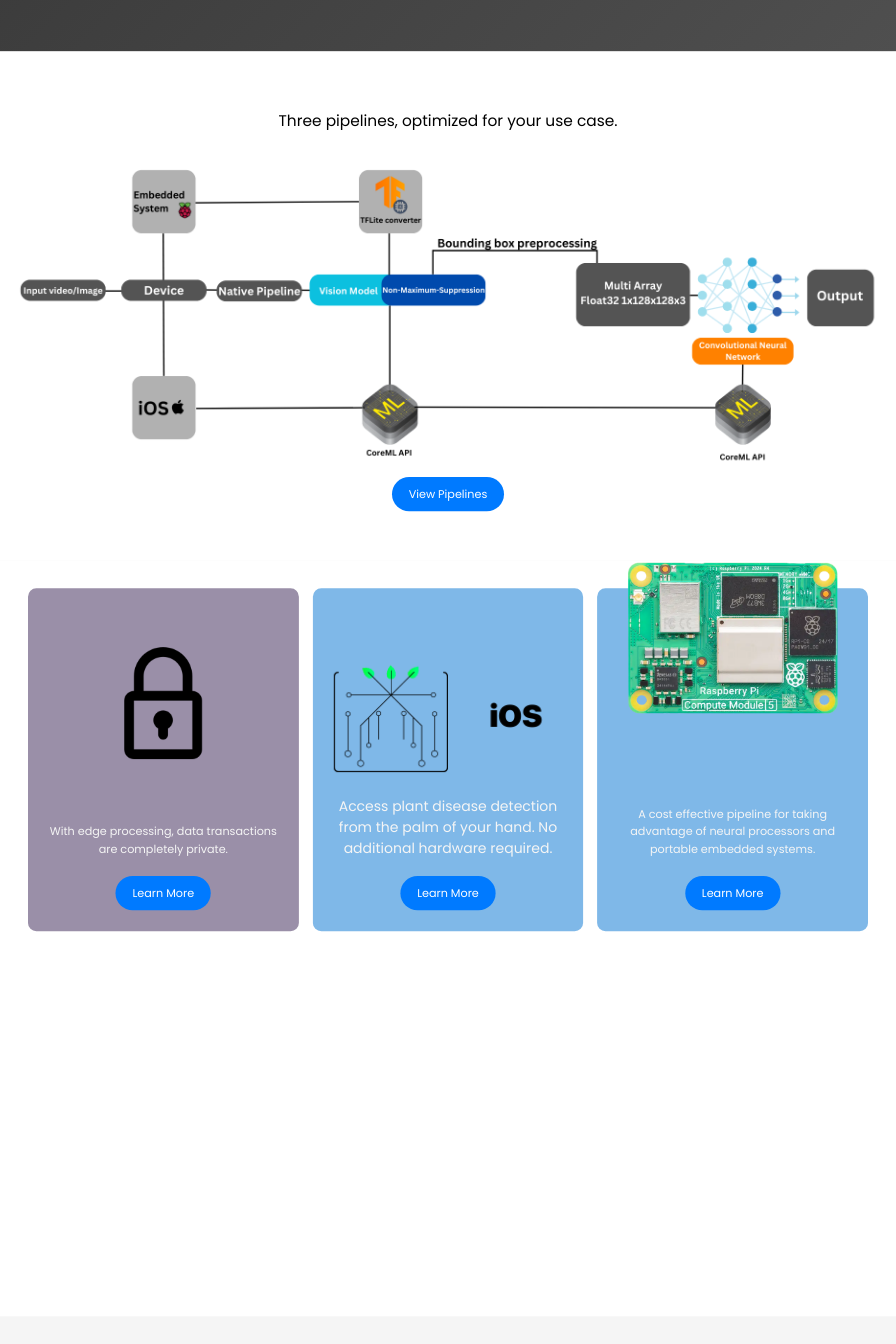
Repository: jss1118/The-Deeproot-Project
Page: Website/index.html
The author's editor kept a copy of each file at every save. The page is drawn from the files as they stood at one save, then again after the next save.
The browser window is 1280 px wide. The pictures show the part of the page from y = 1109 to 3029 px (the page is 3212 px tall), at 70% of full size.

Above is the page before, as saved 2025-03-21 19:54:31.

### Website/index.html
<!DOCTYPE html>
<html lang="en">

<head>
  <meta charset="UTF-8">
  <meta name="viewport" content="width=device-width, initial-scale=1.0">
  <title>Deeproot A.I</title>
  <link href="https://fonts.googleapis.com/css2?family=Poppins:wght@400;600&display=swap" rel="stylesheet">
  <style>
    body {
      margin: 0;
      font-family: 'Poppins', sans-serif;
      overflow-x: hidden;
      background-color: #f5f5f5;
    }

    nav {
      background: rgba(22, 22, 22, 0.9);
      position: sticky;
      top: 0;
      width: 100%;
      z-index: 1000;
      display: flex;
      justify-content: center;
    }

    .navlinks {
      list-style: none;
      display: flex;
      gap: 30px;
      padding: 15px;
      margin: 0;
    }

    .navlink, .navicon svg {
      color: #d3d3d3;
      text-decoration: none;
      transition: color 0.3s;
    }

    .navlink:hover, .mainpagelink a:hover {
      color: white;
    }

    .mainpage2, .mainpage3, .mainpage4 {
      padding: 60px 20px;
      text-align: center;
    }

    .mainpage2 {
      background: linear-gradient(135deg, #2e2e2e, #4f4f4f);
      color: white;
    }

    .mainpage2 img, .mainpage3 img, .promo1 img {
      max-width: 100%;
      height: auto;

    }

    .mp2-title1 {
      font-size: 56px;
      font-weight: 600;
      margin-bottom: 15px;
    }

    .mp2-desc, .mp3desc {
      font-size: 22px;
      margin-bottom: 25px;
    }

    .mainpagelink a {
      display: inline-block;
      margin: 10px;
      padding: 12px 24px;
      background: #007aff;
      color: white;
      border-radius: 25px;
      text-decoration: none;
      transition: background 0.3s;
    }

    .mainpage3 {
      background: white;
    }

    .mainpage3 img {
      margin-top: 20px;
      border-radius: 12px;
    }

    .mainpage4 {
      display: grid;
      grid-template-columns: repeat(auto-fit, minmax(300px, 1fr));
      gap: 20px;
      background-color: white;
      padding: 40px;
    }

    .promo1, .promo2, .promo3, .promo4, .promo5, .promo6 {
      background-size: cover;
      background-position: center;
      height: 450px;
      display: flex;
      flex-direction: column;
      justify-content: flex-end;
      padding: 20px;
      color: white;
      border-radius: 12px;
      position: relative;
    }

    .promo1 img, .promo2 img, .promo3 img, .promo4 img, .promo5 img, .promo6 img {
      margin-bottom: 10px;
    }

    .promo1 {
      background-color: #9a8fa8;
      color: #f5f5f5;
    }
    .promo2 {
      background-color: #7fb8e8;
      color: #f5f5f5;
      background-size: cover;
      background-position: center;
      height: 450px;
      display: flex;
      flex-direction: column;
      justify-content: flex-end;
      padding: 20px;
      border-radius: 12px;
      position: relative;
    }
    .promo2 p {
      font-size: 20px;
      margin-bottom: 15px;
    }

    .promo3 {
      background-color: #7fb8e8;
      color: #f5f5f5;
      background-size: cover;
      background-position: center;
      height: 450px;
      display: flex;
      flex-direction: column;
      justify-content: flex-end;
      padding: 20px;
      border-radius: 12px;
      position: relative;
    }
    .promo1 img {
      width: 160px;
      height: auto;
      margin: 0 auto 15px auto;
      display: block;
      background: none;
      position: relative;
      bottom: 60px;
    }

    .promo2 img {
      width: 360px;
      height: 400px;
      margin: 0 auto 15px auto;
      display: block;
      border-radius: 10px;

      position: relative;
      top: 100px;
    }
    .promo3 img {
      width: 300px;
      height: 300px;
      margin: 0 auto 15px auto;
      display: block;
      border-radius: 10px;

      position: relative;
      bottom: 100px;
    }

    footer {
      background-color: #2e2e2e;
      color: #ccc;
      text-align: center;
      padding: 30px 20px;
      margin-top: 40px;
    }

    footer a {
      color: #007aff;
      text-decoration: underline;
    }

    @media (max-width: 768px) {
      .mp2-title1 { font-size: 40px; }
      .mp2-desc, .mp3desc { font-size: 18px; }
      .mainpagelink a { padding: 10px 20px; }
    }
  </style>
</head>

<body>
  <nav>
    <ul class="navlinks">
      <li><a class="navlink" href="/">iOS</a></li>
      <li><a class="navlink" href="/applestore">Raspberry Pi 5</a></li>
      <li><a class="navlink" href="/">Native</a></li>
      <li><a class="navlink" href="/">State-of-the-art Models</a></li>
      <li><a class="navlink" href="/">Developers</a></li>
    </ul>
  </nav>

  <section class="mainpage2">
    <h1 class="mp2-title1">Deeproot</h1>
    <p class="mp2-desc">Portable. Fast. Secure.</p>
    <p class="mp2-desc">The all-in-one automated solution for early plant disease detection.</p>
    <div class="mainpagelink"><a href="#">Learn More</a></div>
    <img src="wide logo.png" alt="Deeproot Logo">
  </section>

  <section class="mainpage3">
    <p class="mp3desc">Three pipelines, optimized for your use case.</p>
    <img src="newgraph.png" alt="Machine Learning Pipelines">
    <div class="mainpagelink"><a href="#">View Pipelines</a></div>
  </section>

  <section class="mainpage4">
    <div class="promo1">
      <img src="lock.fill.png" alt="Promo icon">
      <p>With edge processing, data transactions are completely private. </p>
      <div class="mainpagelink"><a href="#">Learn More</a></div>
    </div>
    <div class="promo2">
      <img src="deeprootios.png" alt="ios icon">
      <p>Access plant disease detection from the palm of your hand. No additional hardware required.</p>
      <div class="mainpagelink"><a href="#">Learn More</a></div>
    </div>



    <div class="promo3">
      <p class="deeprootfont">Deeproot Pi 5</p>
      <img src="piembedded.png" alt="Raspberry pi embedded">
      <p>A cost effective pipeline for taking advantage of neural processors and portable embedded systems.</p>
      <div class="mainpagelink"><a href="#">Learn More</a></div>
    </div>
    <div class="promo4"></div>
    <div class="promo5"></div>
    <div class="promo6"></div>
  </section>

  <footer>
    <p>The Deeproot Project by <a href="https://github.com/iamreiyn">Josh Stanley</a></p>
    <p>Deeproot started by Josh Stanley as an 8th grade science project and grew into a full application, helping farmers detect plant diseases early. It combines deep learning and computer vision to protect crops in a cost-effective and automated way.</p>
  </footer>
</body>
</html>

After the next save:
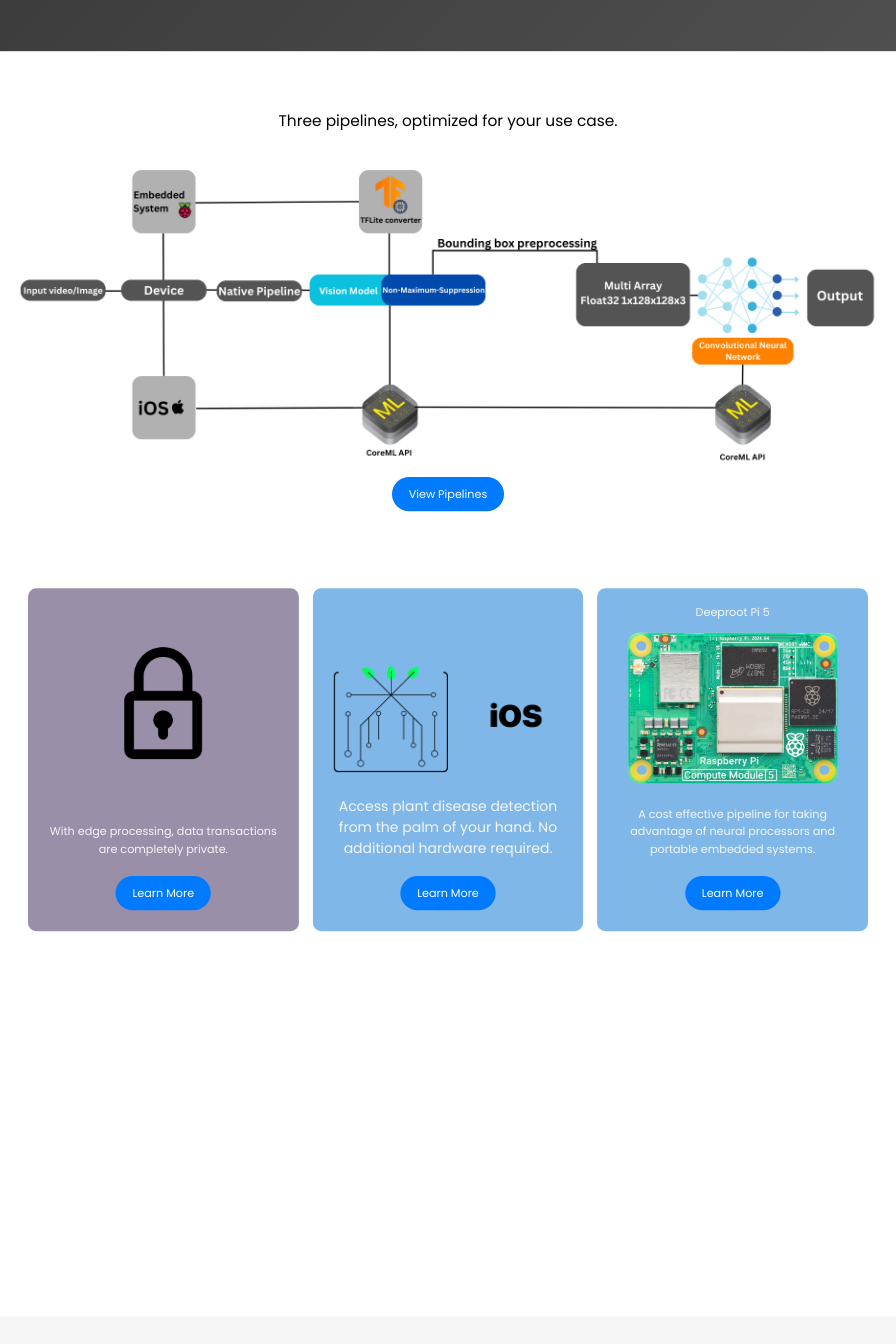
Saved 6 s later.
--- a/Website/index.html
+++ b/Website/index.html
@@ -177,7 +177,7 @@
       border-radius: 10px;
 
       position: relative;
-      bottom: 100px;
+
     }
 
     footer {
